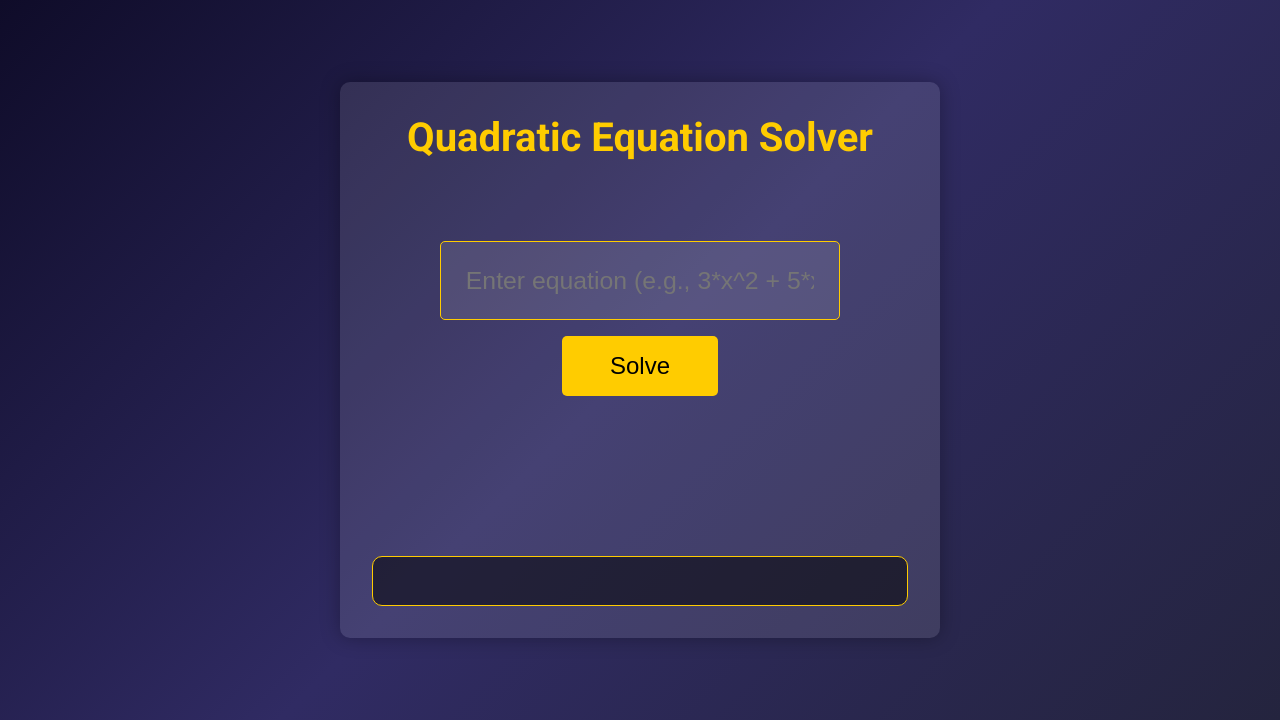
Repository: ngl-ankit/equation-solver
Page: index.html
The author's editor kept a copy of each file at every save. The page is drawn from the files as they stood at one save, then again after the next save.
The browser window is 1280 px wide. The pictures show the whole page.

Above is the page before, as saved 2024-07-08 11:17:46.

After the next save:
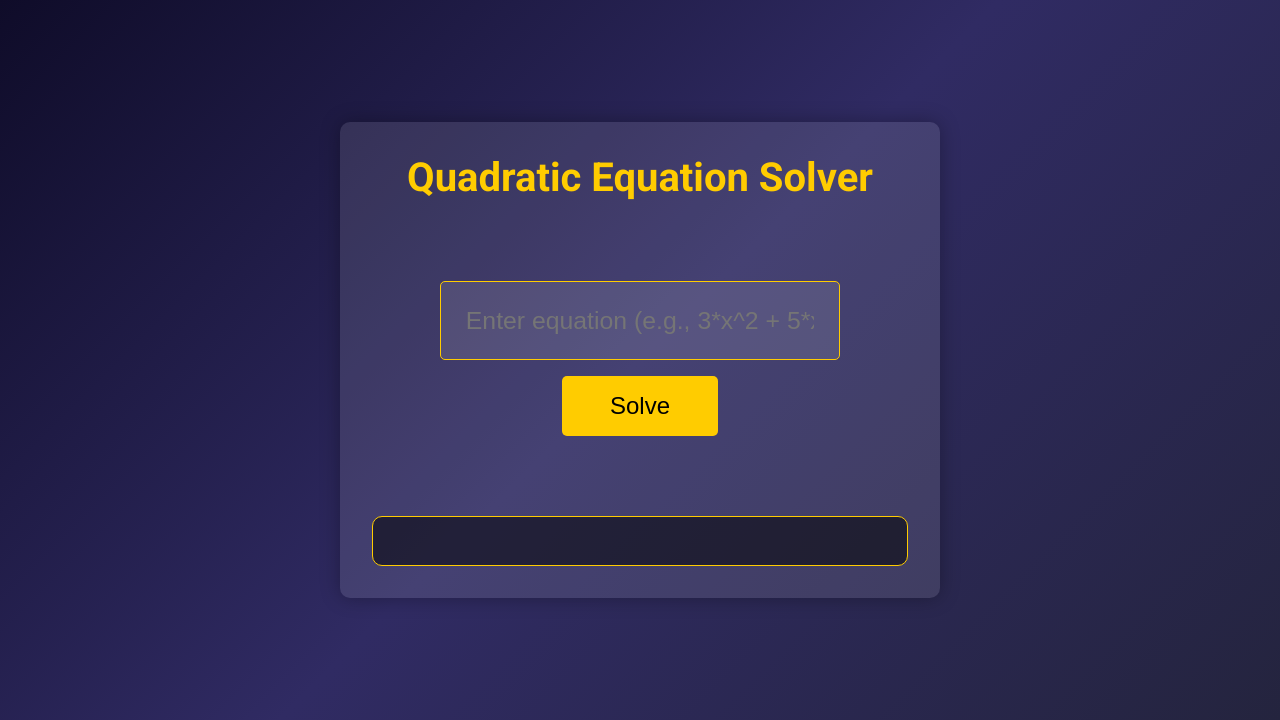
Saved 69 s later.
--- a/styles.css
+++ b/styles.css
@@ -33,7 +33,7 @@ h1 {
 }
 
 .form-container {
-  margin-bottom: 10rem;
+  margin-bottom: 5rem;
 }
 
 form {
